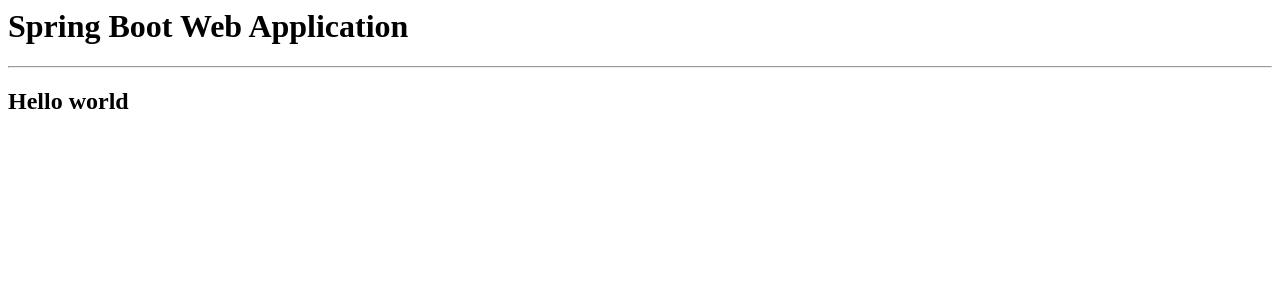
Repository: jayaprakash1250/SpringBootProjects
Page: springWebProject/src/main/webapp/index.html
An editor plug-in stored every save of this project. The page is shown before and after the next save, followed by the edit.
The browser window is 1280 px wide. The pictures show the whole page.

Above is the page before, as saved 2022-05-31 06:44:04.

After the next save:
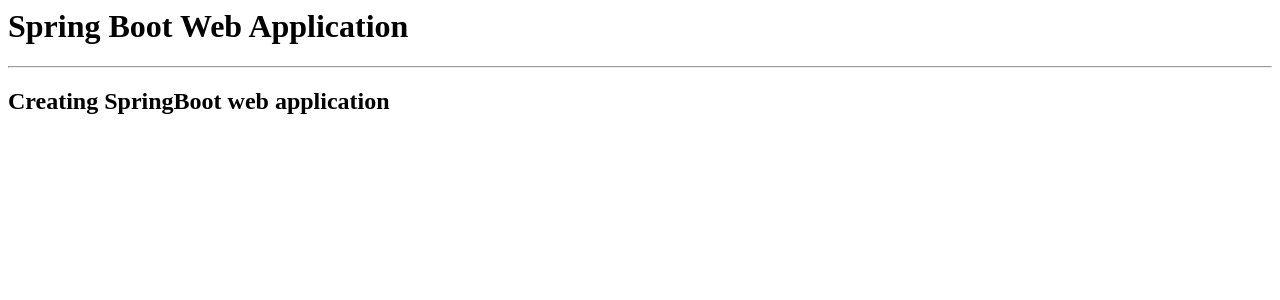
Saved 55 s later.
--- a/springWebProject/src/main/webapp/index.html
+++ b/springWebProject/src/main/webapp/index.html
@@ -2,11 +2,11 @@
 <html>
 
 <head>
-  <title> Hello </title>
+  <title> Web MVC </title>
 </head>
    <body>
       <h1> Spring Boot Web Application </h1>
       <hr>
-      <h2> Hello world </h2>
+      <h2> Creating SpringBoot web application </h2>
    </body>
 </html>
